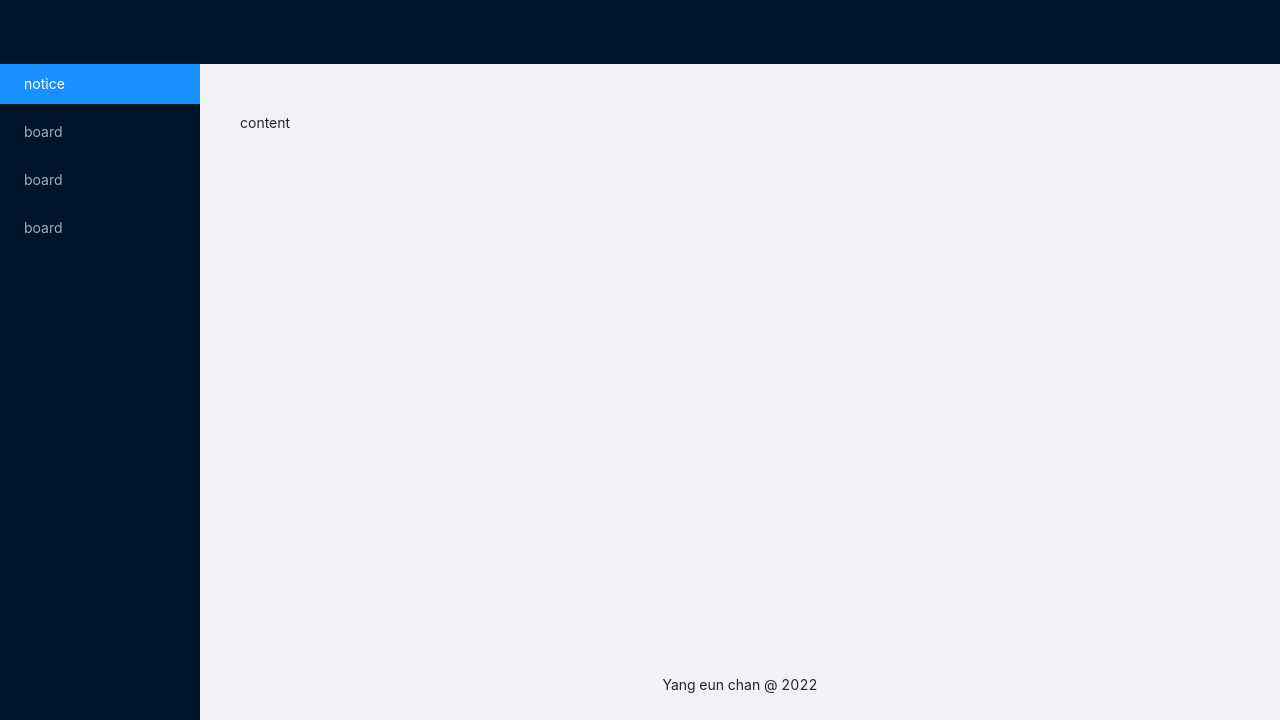
Repository: yangddoddi/community_react
Page: /posts/board
The author's editor kept a copy of each file at every save. The page is drawn from the files as they stood at one save, then again after a run of saves.
The browser window is 1280 px wide. The pictures show the whole page.
The project was rebuilt for these pictures with package versions that can differ from the ones it lists, and the page was loaded fresh each time.

Above is the page before, as saved 2022-08-17 02:41:20.

### src/App.js
import {
  UploadOutlined,
  UserOutlined,
  VideoCameraOutlined,
} from "@ant-design/icons";
import { Layout, Menu } from "antd";
import "antd/dist/antd.css";
import "./App.scss";
import React from "react";
import styled from "styled-components";
const { Header, Content, Footer, Sider } = Layout;

const LayoutStyled = styled(Layout)`
  height: 100%;
`;

const ContentStyled = styled(Content)`
  height: 100%;
`;

const MenuStyled = styled(Menu)`
  padding-top: 60px;
`;

const App = () => {
  const items = [
    { label: "notice", key: "1" },
    { label: "board", key: "2" },
    { label: "board", key: "3" },
    { label: "board", key: "4" },
  ];

  return (
    <LayoutStyled>
      <Sider
        breakpoint="lg"
        collapsedWidth="0"
        onBreakpoint={(broken) => {
          console.log(broken);
        }}
        onCollapse={(collapsed, type) => {
          console.log(collapsed, type);
        }}
      >
        <div className="logo" />
        <MenuStyled
          theme="dark"
          mode="inline"
          defaultSelectedKeys={["1"]}
          items={items}
        />
      </Sider>
      <Layout>
        <Header
          className="site-layout-sub-header-background"
          style={{
            padding: 0,
          }}
        />
        <ContentStyled
          style={{
            margin: "24px 16px 0",
          }}
        >
          <div
            className="site-layout-background"
            style={{
              padding: 24,
              minHeight: 360,
            }}
          >
            content
          </div>
        </ContentStyled>
        <Footer
          style={{
            textAlign: "center",
          }}
        >
          Yang eun chan @ 2022
        </Footer>
      </Layout>
    </LayoutStyled>
  );
};

export default App;

### src/App.scss
.site-layout-content {
    min-height: 280px;
    padding: 24px;
    background: #fff;
  }
  #components-layout-demo-top .logo {
    float: left;
    width: 120px;
    height: 31px;
    margin: 16px 24px 16px 0;
    background: rgba(255, 255, 255, 0.3);
  }
  .ant-row-rtl #components-layout-demo-top .logo {
    float: right;
    margin: 16px 0 16px 24px;
  }

  #root {
    height: 100%;
  }

Loaded but not shown: public/index.html (common file); src/index.js (common file); src/index.css (common file); src/reportWebVitals.js (common file)

After the next 2 saves:
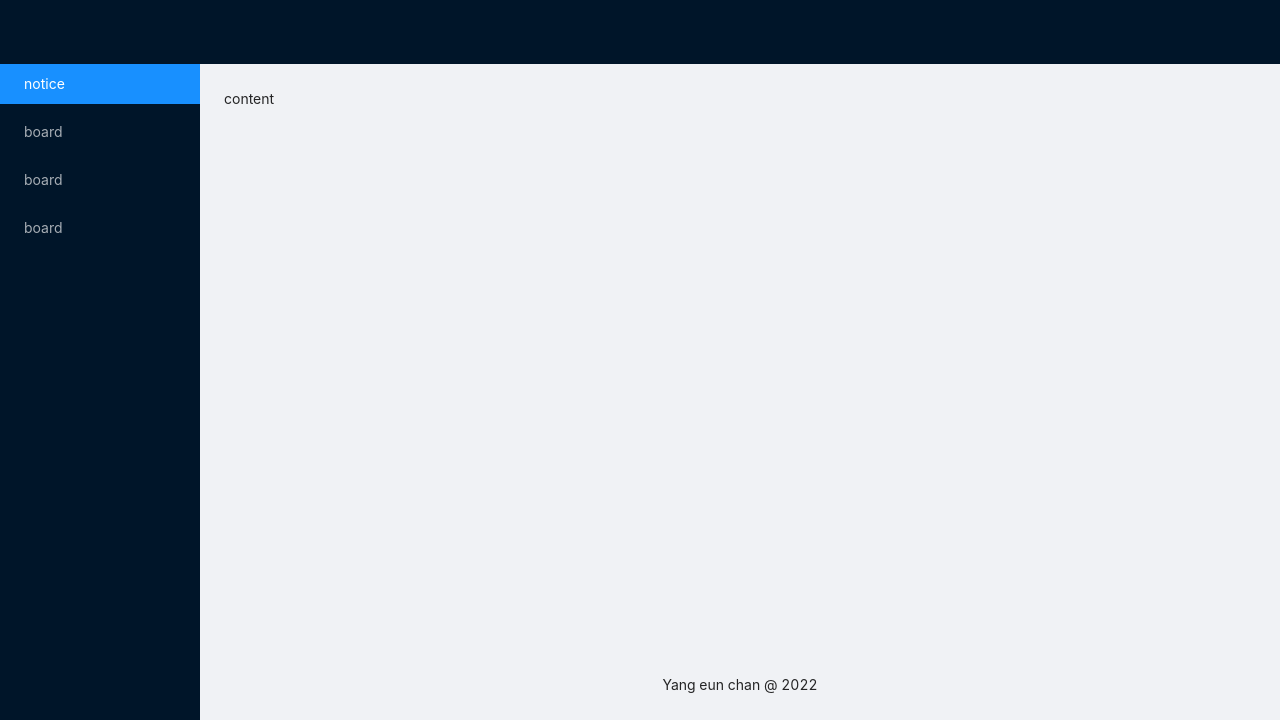
The 2 saves are shown as one change because 1 did not build or start.
The last was saved 30 s later.
--- a/src/App.js
+++ b/src/App.js
@@ -16,6 +16,7 @@ const LayoutStyled = styled(Layout)`
 
 const ContentStyled = styled(Content)`
   height: 100%;
+  margin: "24px 16px 0";
 `;
 
 const MenuStyled = styled(Menu)`
@@ -57,11 +58,7 @@ const App = () => {
             padding: 0,
           }}
         />
-        <ContentStyled
-          style={{
-            margin: "24px 16px 0",
-          }}
-        >
+        <ContentStyled>
           <div
             className="site-layout-background"
             style={{
